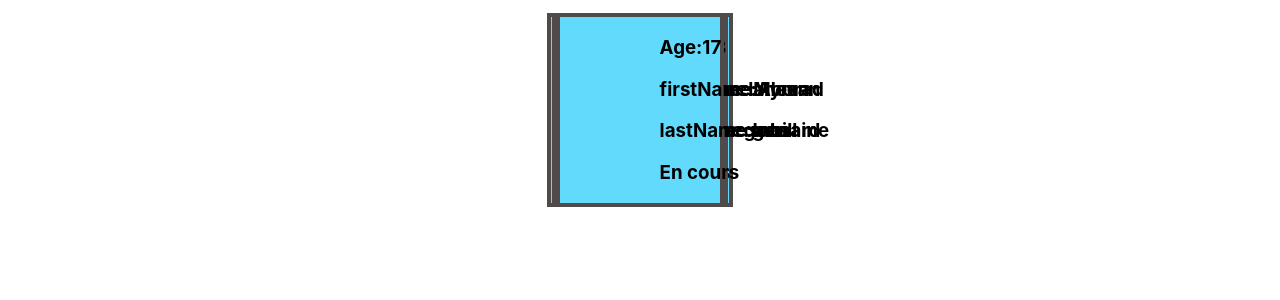
Repository: gounaine/Add_candidat
Page: /
An editor plug-in stored every save of this project. The page is shown before and after the next save, followed by the edit.
The browser window is 1280 px wide. The pictures show the whole page.
The project was rebuilt for these pictures with package versions that can differ from the ones it lists, and the page was loaded fresh each time.

Above is the page before, as saved 2024-05-26 19:46:55.

### src/index.js
import React from 'react';
import ReactDOM from 'react-dom/client';
import './index.css';
import App from './App';
import Person from './person';
import reportWebVitals from './reportWebVitals';


const root = ReactDOM.createRoot(document.getElementById('root'));
root.render(
  <React.StrictMode>
    <App/>
    <Person firstName={"lahcen"} lastName={"gounaine"} Age={18}>En cours</Person>
    <Person firstName={"Mourad"} lastName={"sahi"} Age={29}>succes</Person>
    <Person firstName={"Ayman"} lastName={"Intell"} Age={23}>failed</Person>
    <Person firstName={"Alex"} lastName={"gerrard"} Age={17}>En cours</Person>
  </React.StrictMode>
);

// If you want to start measuring performance in your app, pass a function
// to log results (for example: reportWebVitals(console.log))
// or send to an analytics endpoint. Learn more: https://bit.ly/CRA-vitals
reportWebVitals();

### src/App.js


import './App.css';

function App(props) {
  console.log(props)
  return (
    <div className="App">
      <h2>{props.firstName}</h2>
      <h2>{props.children}</h2>
    </div>
  );
}

export default App;

### src/person.js
export default function Person({firstName ,lastName,Age, children}){
return(
 <>
   <div className="Card">
        <h3>Age:{Age}</h3>
        <h3>firstName:{firstName}</h3>
        <h3>lastName:{lastName}</h3>
        <h3>{children}</h3>
   </div>

 </>
);


}

### src/App.css
.App {
  text-align: center;
}

.App-logo {
  height: 40vmin;
  pointer-events: none;
}

@media (prefers-reduced-motion: no-preference) {
  .App-logo {
    animation: App-logo-spin infinite 20s linear;
  }
}

.App-header {
  background-color: #282c34;
  min-height: 100vh;
  display: flex;
  flex-direction: column;
  align-items: center;
  justify-content: center;
  font-size: calc(10px + 2vmin);
  color: white;
}

.App-link {
  color: #61dafb;
}

@keyframes App-logo-spin {
  from {
    transform: rotate(0deg);
  }
  to {
    transform: rotate(360deg);
  }
}

.Card{
  background-color:#61dafb;
  border: 4px solid rgb(81, 74, 74);
  position: absolute;
}
h3{
  position: relative;
  left:100px;
}



#root{
  display: flex;
  justify-content: center;
  align-items:center;
  margin-top: 100px;



}

Loaded but not shown: public/index.html (common file); src/index.css (common file); src/reportWebVitals.js (common file)

After the next save:
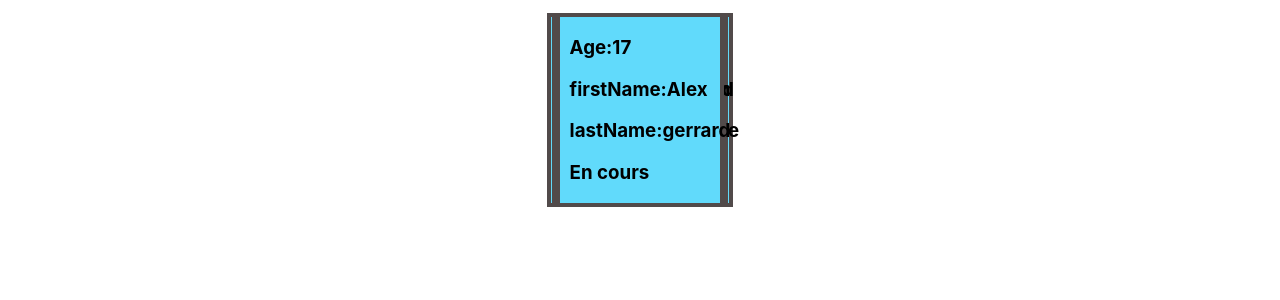
Saved 11 s later.
--- a/src/App.css
+++ b/src/App.css
@@ -44,7 +44,7 @@
 }
 h3{
   position: relative;
-  left:100px;
+  left:10px;
 }
 
 
